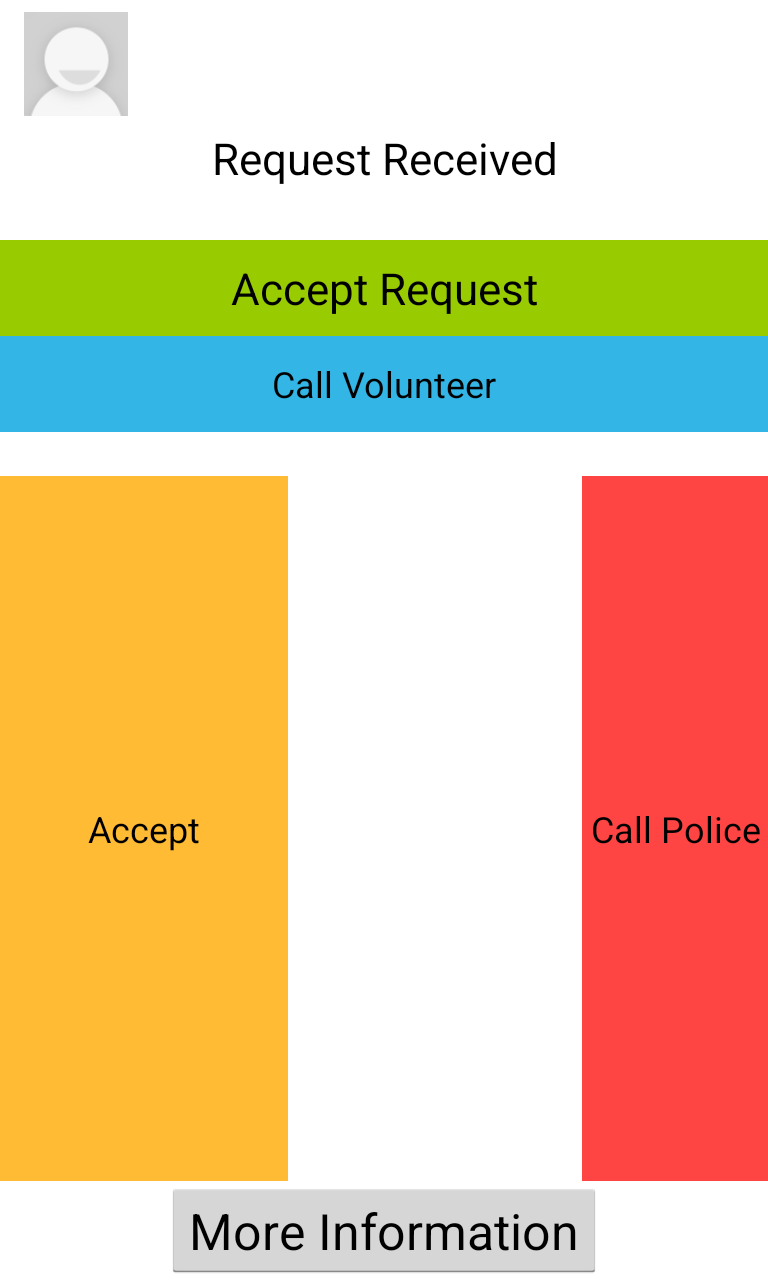
Repository: srivast6/SafeWalk
Layout: android/SafeWalk/res/layout/tryout.xml
These files come from the project's save history. The layout is drawn as it stood at one moment and after the next save; the edit follows.
It is drawn on a 768 x 1280 px phone screen (xhdpi) without system bars, with theme android:Theme.Holo.Light; the app's code is not run.

Above is the layout before, as saved 2013-11-20 18:33:53.

After the next save:
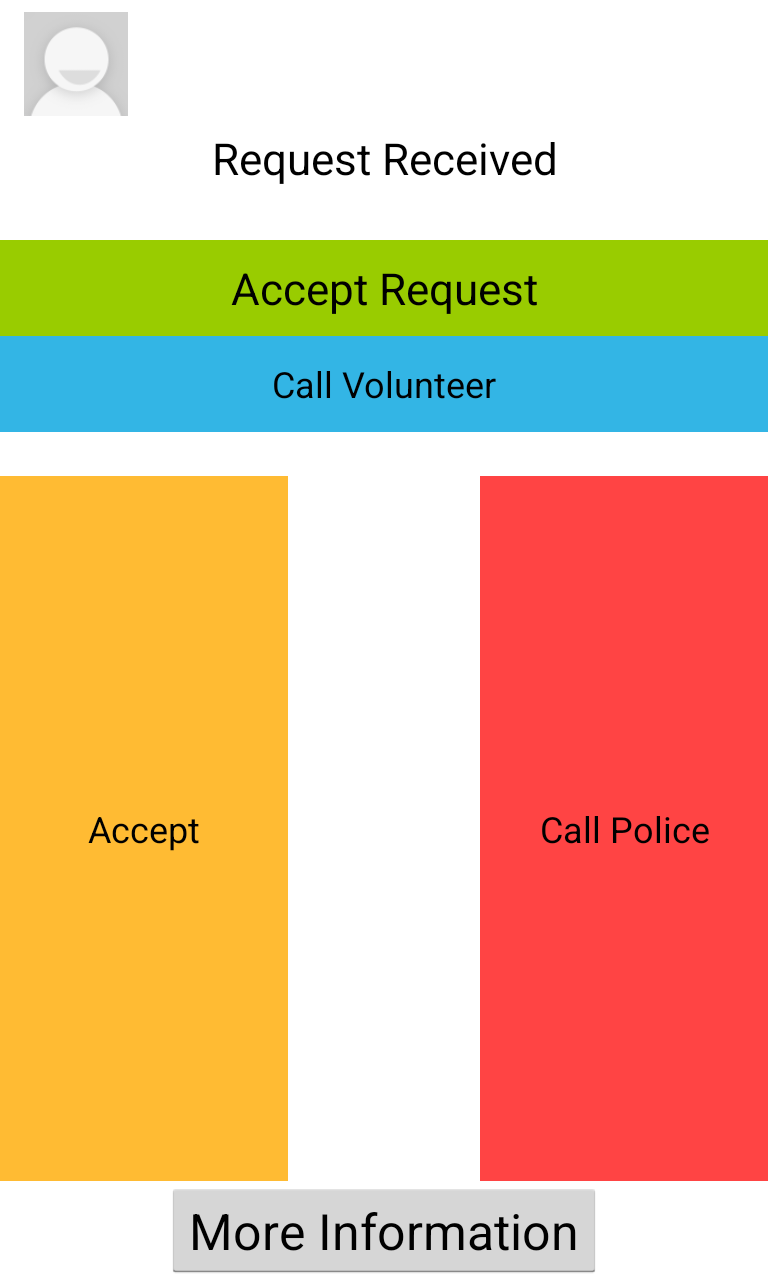
Saved 11 s later.
--- a/android/SafeWalk/res/layout/tryout.xml
+++ b/android/SafeWalk/res/layout/tryout.xml
@@ -84,6 +84,7 @@
             android:id="@+id/btn_callPolice"
             style="?android:attr/buttonBarButtonStyle"
             android:layout_width="wrap_content"
+            android:layout_width="144dp"
             android:layout_height="fill_parent"
             android:layout_alignBottom="@+id/btn_callSafewalk"
             android:layout_alignParentRight="true"
